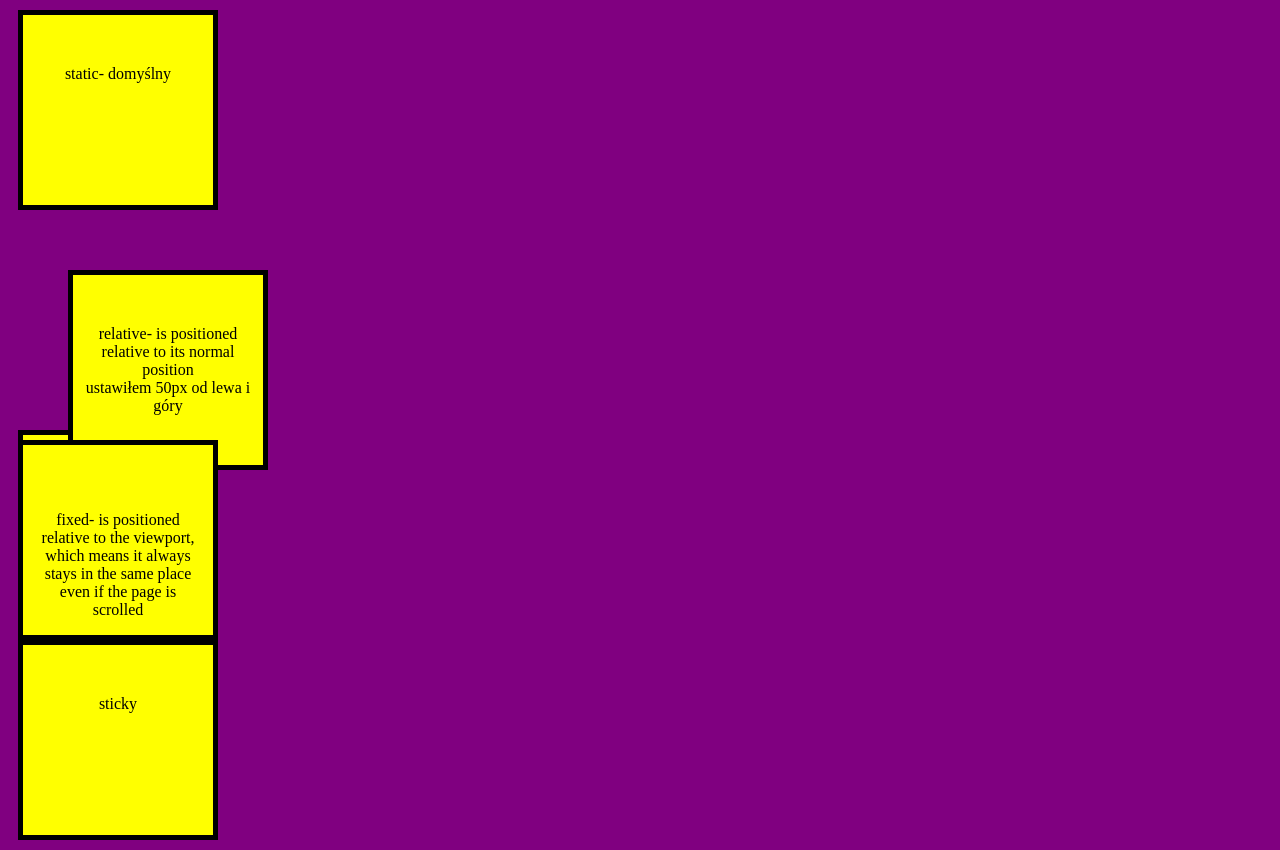
Repository: quenrythane/homepage
Page: CSS positions/CSS-positions.html
These files come from the project's save history. The page is drawn as it stood at one moment and after the next save; the edit follows.
The browser window is 1280 px wide. The pictures show the whole page.

Above is the page before, as saved 2020-10-11 03:51:47.

After the next save:
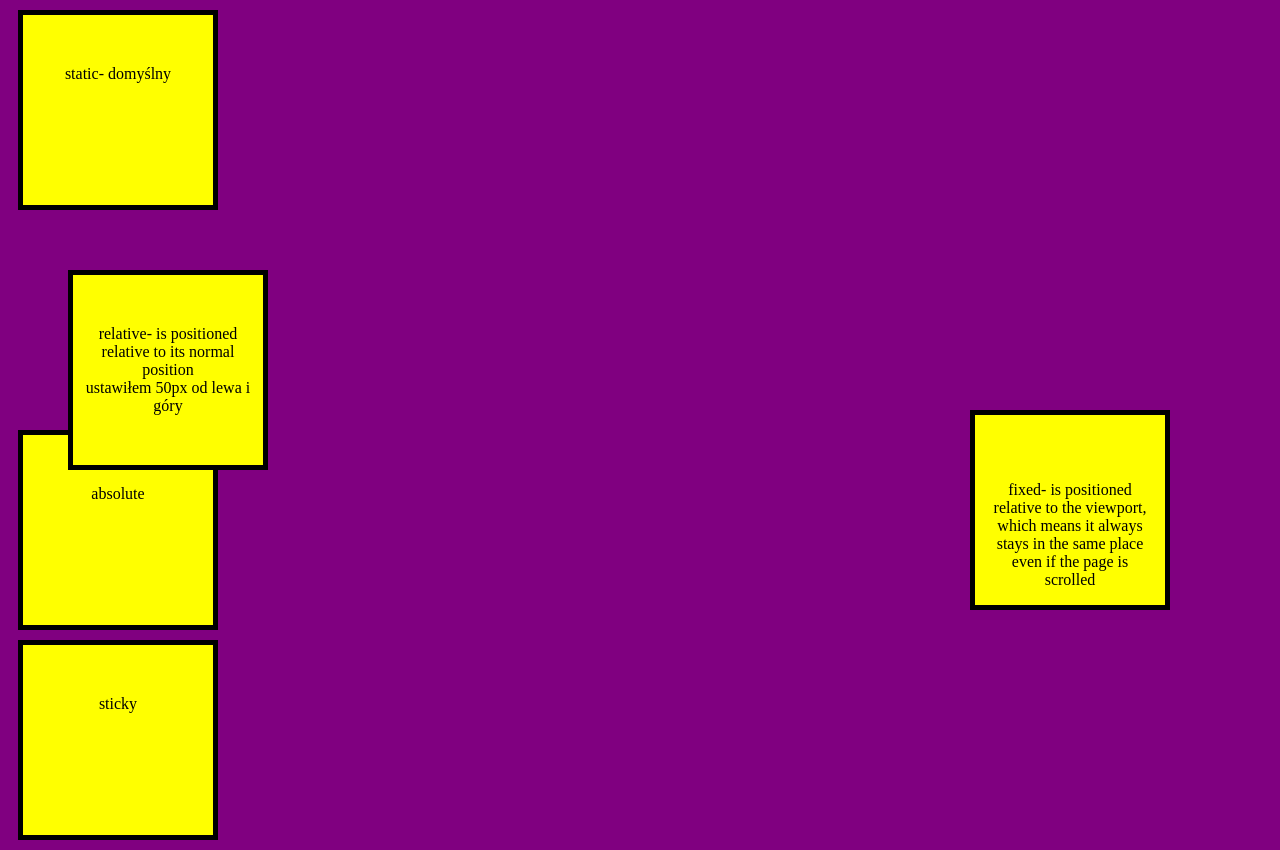
Saved 61 s later.
--- a/CSS positions/CSS-positions.html
+++ b/CSS positions/CSS-positions.html
@@ -14,6 +14,7 @@
         <p>fixed- is positioned relative to the viewport, which means it always stays in the same place even if the page is scrolled</p>
         <p>A fixed element does not leave a gap in the page where it would normally have been located</p>
         <p> Czyli ogólnie strona załaduje go w to miejsce jakby strona normalnie się ładowała i na koniec tak jakby przy klei go w to miejsce na ekranie, przez co nawet jak będziemy przewijać stronę to zostanie w tym samym miejscu ekranu (nie zmieni miejsca ani w wysokości ani w szerokośći)</p>
+        <p> Ale ja go ustawię w miejsce w prawym rogu po 100px od krawędzi</p>
     </div>
     <div class="box absolute">absolute</div>
     <div class="box sticky">sticky</div>
--- a/CSS positions/CSS-positions.css
+++ b/CSS positions/CSS-positions.css
@@ -27,6 +27,8 @@ body {
 .fixed{
     position: fixed;
     overflow: scroll;
+    right: 100px;
+    bottom: 100px;
 }
 
 .absolute{
